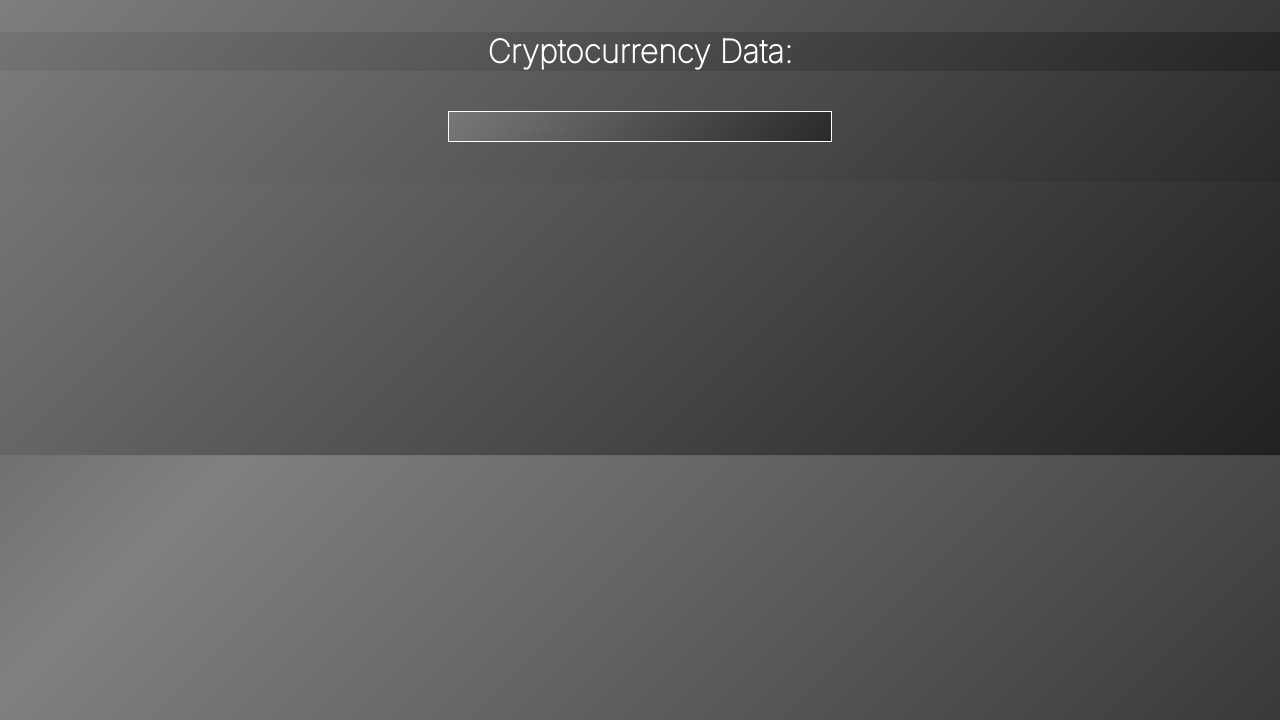
Repository: alejandroacd/cryptocurrency-market
Page: /
The author's editor kept a copy of each file at every save. The page is drawn from the files as they stood at one save, then again after the next save.
The browser window is 1280 px wide. The pictures show the whole page.
The page's requests for data from a server got no answer. The project was rebuilt for these pictures with package versions that can differ from the ones it lists, and the page was loaded fresh each time. No one was signed in, and anything a server would have sent is missing. Also part of the build but not shown: src/Currency.js.

Above is the page before, as saved 2021-07-18 14:18:28.

After the next save:
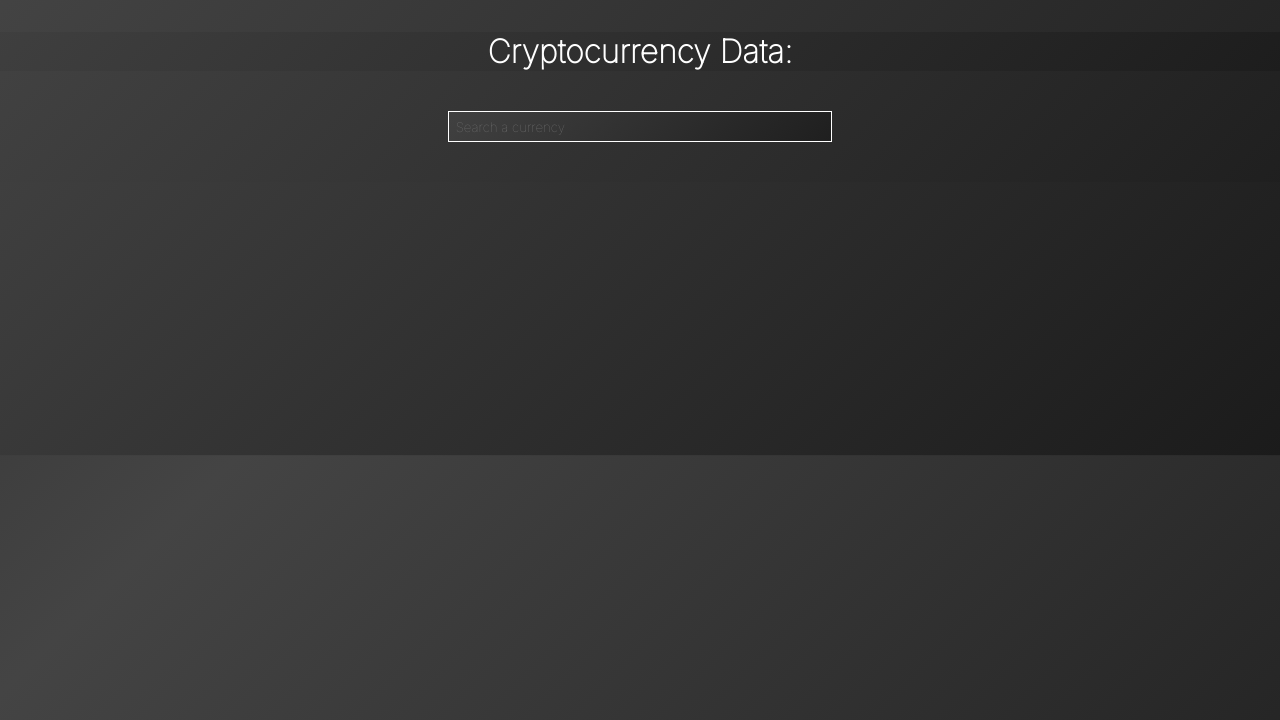
Saved 25 s later.
--- a/src/App.css
+++ b/src/App.css
@@ -15,7 +15,7 @@
   background-color: black;
   color:white;
   font-family: 'Inter', sans-serif;
-  background: linear-gradient(-45deg, #171717, grey, black, grey);
+  background: linear-gradient(-45deg, #171717, #444444, #171717, #444444);
   background-size: 400% 400%;
   animation: gradient 15s ease infinite;
 }
